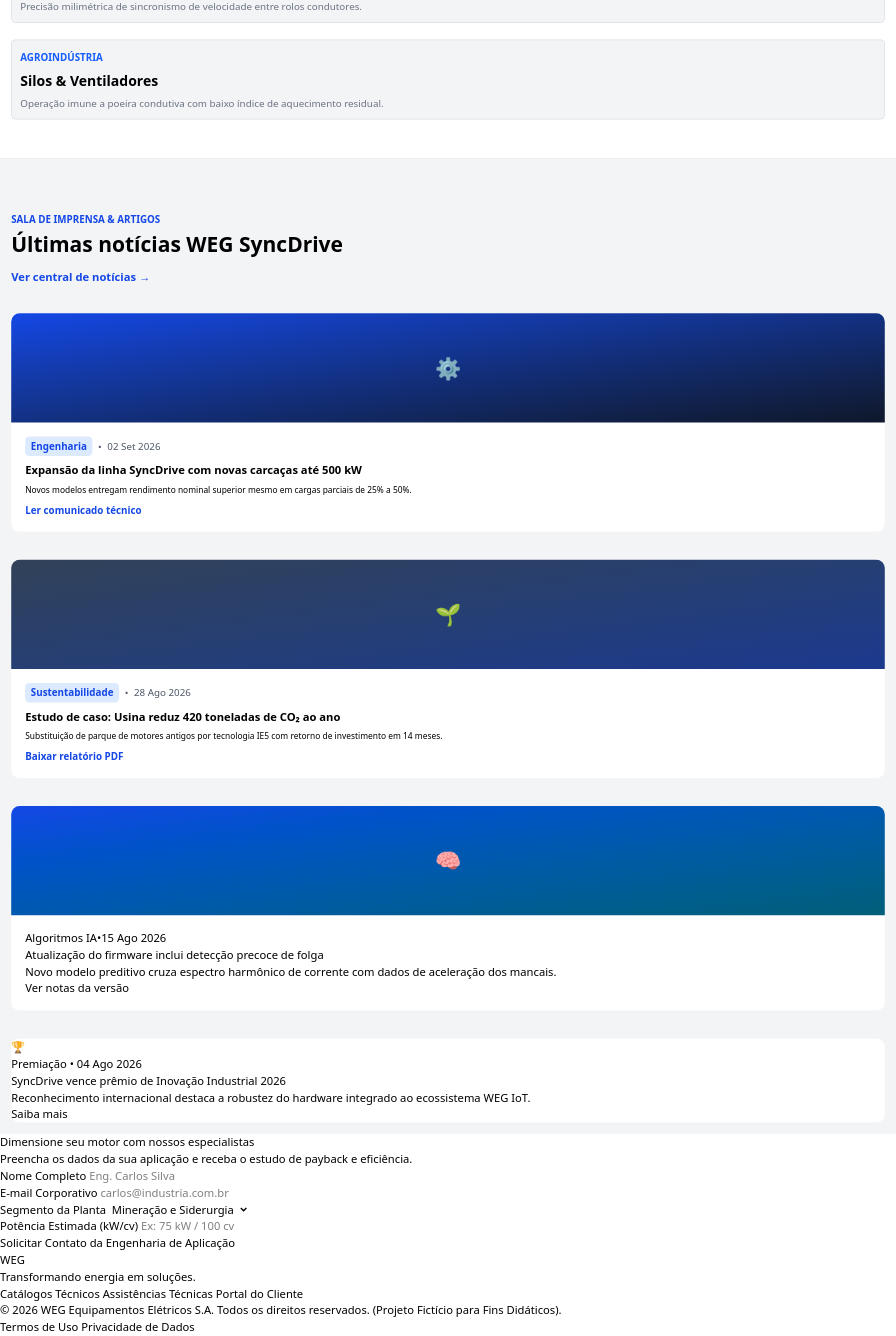
Repository: camilewng/Exercicio-Tailwind
Page: index.html
An editor plug-in stored every save of this project. The page is shown before and after the next save, followed by the edit.
The browser window is 1280 px wide. The pictures show the part of the page from y = 2641 to 4561 px (the page is 4549 px tall before and 4561 px after), at 70% of full size.

Above is the page before, as saved 2026-09-14 15:39:56.

After the next save:
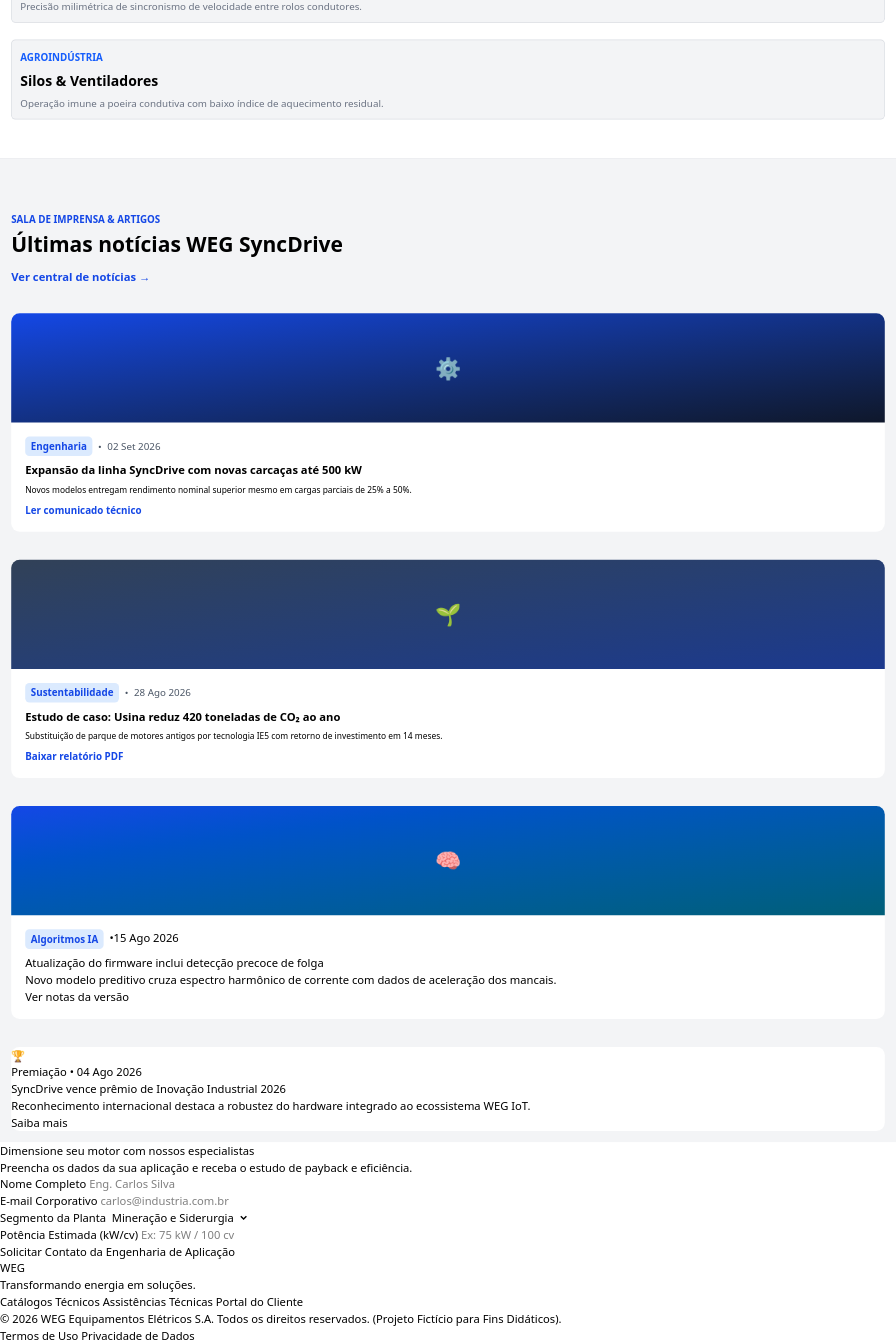
Saved 7 s later.
--- a/index.html
+++ b/index.html
@@ -282,7 +282,7 @@
             <div class="text-3xl py-15 text-center bg-gradient-to-br from-blue-700 to-cyan-800 rounded-t-xl ">🧠</div>
             <div class="px-5 py-5">
               <div class="flex">
-                <span>Algoritmos IA</span>
+                <span class="bg-blue-100 py-1 px-2 rounded-md text-blue-700 font-semibold text-sm mb-2 mr-2">Algoritmos IA</span>
                 <span>•</span>
                 <time>15 Ago 2026</time>
               </div>
